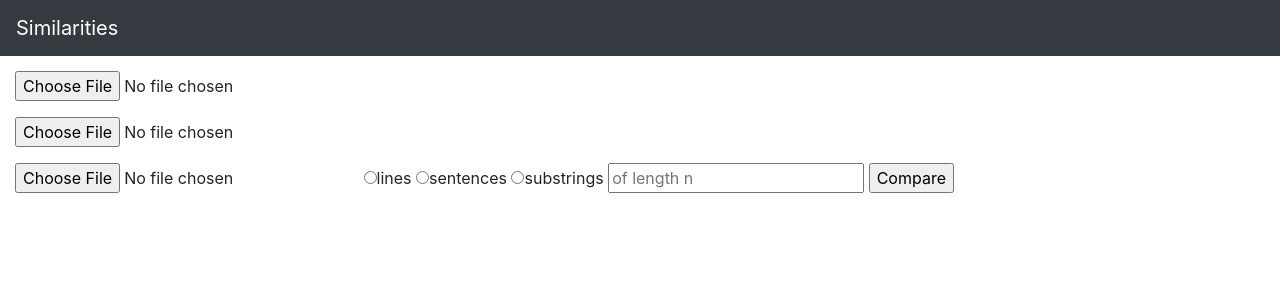
Repository: kenwynejohnes/cs50
Page: http://localhost/
The author's editor kept a record of every edit. The page is drawn from the files as they stood at one moment, then again after the next edit.
The browser window is 1280 px wide. The pictures show the whole page.
Some web libraries are served in a nearby version. The page is served by the project's application, run on Flask 3 (pset6/similarities/application.py). Other server files are loaded and not shown.

Above is the page before.

### pset6/similarities/templates/index.html
{% extends "layout.html" %}

{% block body %}

    <div class="col">
        <form action="/compare" enctype="multipart/form-data" method="post">

            <!-- TODO -->
            <p>
                <input type="file" name="file1"></input>
            </p>
            <p>
                <input type="file" name="file2"></input>
            </p>
            <input type="file" name="file2"></input>

            <input type="radio" name="algorithm" value="lines">lines</input>
            <input type="radio" name="algorithm" value="sentences">sentences</input>
            <input type="radio" name="algorithm" value="substrings">substrings</input>
            <input type="number" name="length" placeholder="of length n">

            <button type="submit">Compare</button>


        </form>
    </div>

{% endblock %}

### pset6/similarities/templates/layout.html
<!DOCTYPE html>

<html lang="en">
    <head>

        <!-- Required meta tags -->
        <meta charset="utf-8"/>
        <meta name="viewport" content="width=device-width, initial-scale=1, shrink-to-fit=no"/>

        <!-- Bootstrap CSS -->
        <link href="https://maxcdn.bootstrapcdn.com/bootstrap/4.0.0-beta/css/bootstrap.min.css" rel="stylesheet"/>

        <link href="/static/styles.css" rel="stylesheet"/>

        <title>Similarities</title>

    </head>
    <body>

        <nav class="navbar fixed-top navbar-dark bg-dark">
            <a class="navbar-brand" href="/">Similarities</a>
        </nav>

        <div class="container-fluid">
            <div class="row">
                {% block body %}{% endblock %}
            </div>
        </div>

        <!-- Optional JavaScript -->
        <script src="https://code.jquery.com/jquery-3.2.1.slim.min.js"></script>
        <script src="https://cdnjs.cloudflare.com/ajax/libs/popper.js/1.11.0/umd/popper.min.js"></script>
        <script src="https://maxcdn.bootstrapcdn.com/bootstrap/4.0.0-beta/js/bootstrap.min.js"></script>

    </body>
</html>

Loaded but not shown: pset6/similarities/application.py (common file); pset6/similarities/static/styles.css (common file)

After the next edit:
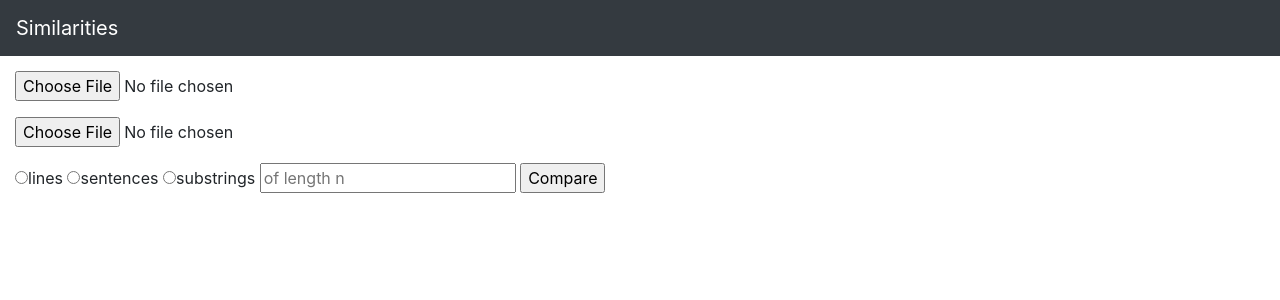
The edit:
--- a/pset6/similarities/templates/index.html
+++ b/pset6/similarities/templates/index.html
@@ -12,7 +12,7 @@
             <p>
                 <input type="file" name="file2"></input>
             </p>
-            <input type="file" name="file2"></input>
+
 
             <input type="radio" name="algorithm" value="lines">lines</input>
             <input type="radio" name="algorithm" value="sentences">sentences</input>
